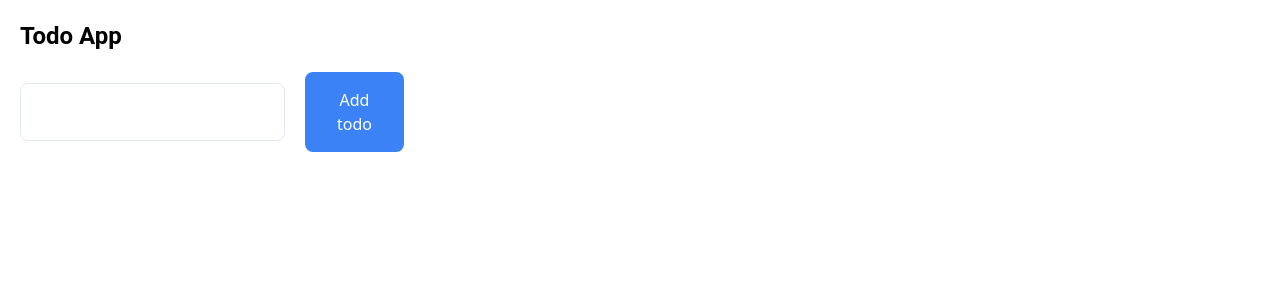
Repository: vophuocthanh/react-typescript
Page: /
These files come from the project's save history. The page is drawn as it stood at one moment and after the next save; the edit follows.
The browser window is 1280 px wide. The pictures show the whole page.
The project was rebuilt for these pictures with package versions that can differ from the ones it lists, and the page was loaded fresh each time. Also part of the build but not shown: vite.config.ts.

Above is the page before, as saved 2023-04-05 00:30:03.

After the next save:
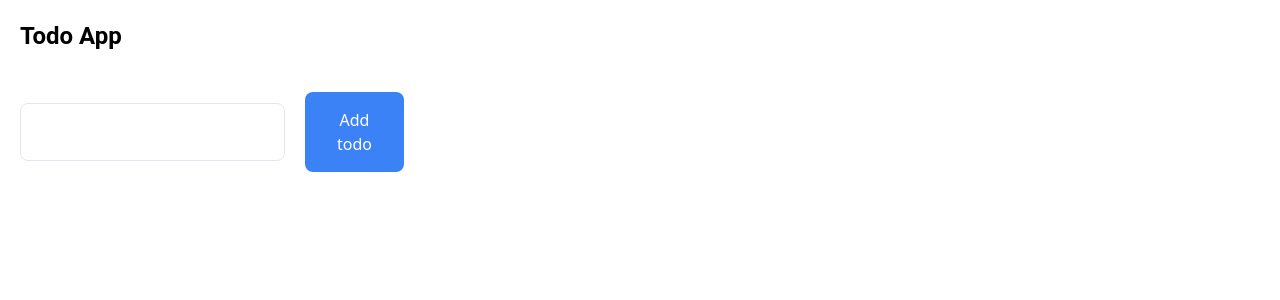
Saved 62 s later.
--- a/src/App.tsx
+++ b/src/App.tsx
@@ -48,7 +48,7 @@ const App = () => {
     <div>
       <Heading title="Todo App"></Heading>
       <div className="max-w-sm">
-        <div className="mb-5">
+        <div className="mb-5 flex flex-col gap-y-2">
           {todos.map((todo) => (
             <div className="flex items-center gap-x-3" key={todo.id}>
               <span>{todo.text}</span>
